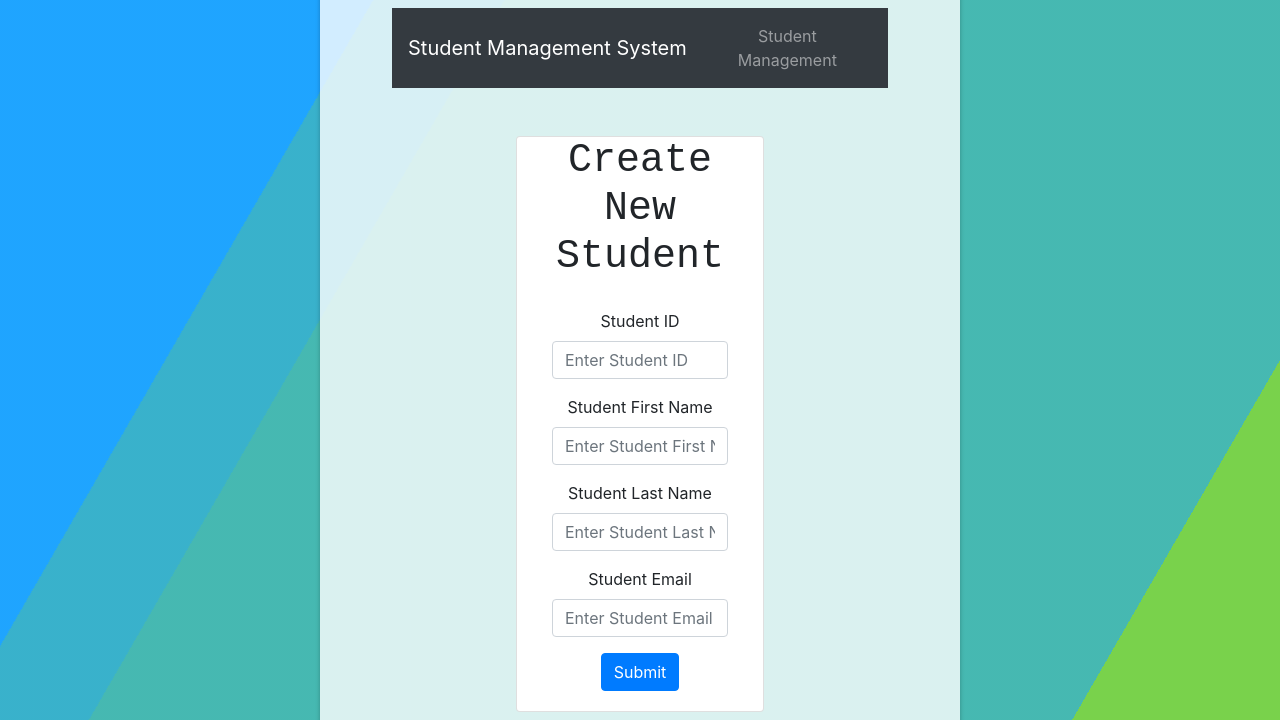
Repository: Luckysenapati/student-management-system
Page: http://localhost/create_student
The author's editor kept a copy of each file at every save. The page is drawn from the files as they stood at one save, then again after the next save.
The browser window is 1280 px wide. The pictures show the whole page.
The page is this project's Thymeleaf template; nobody is signed in. The template is opened directly, without the code that normally fills it, so the values that code supplies are empty.

Above is the page before, as saved 2024-12-22 15:41:13.

After the next save:
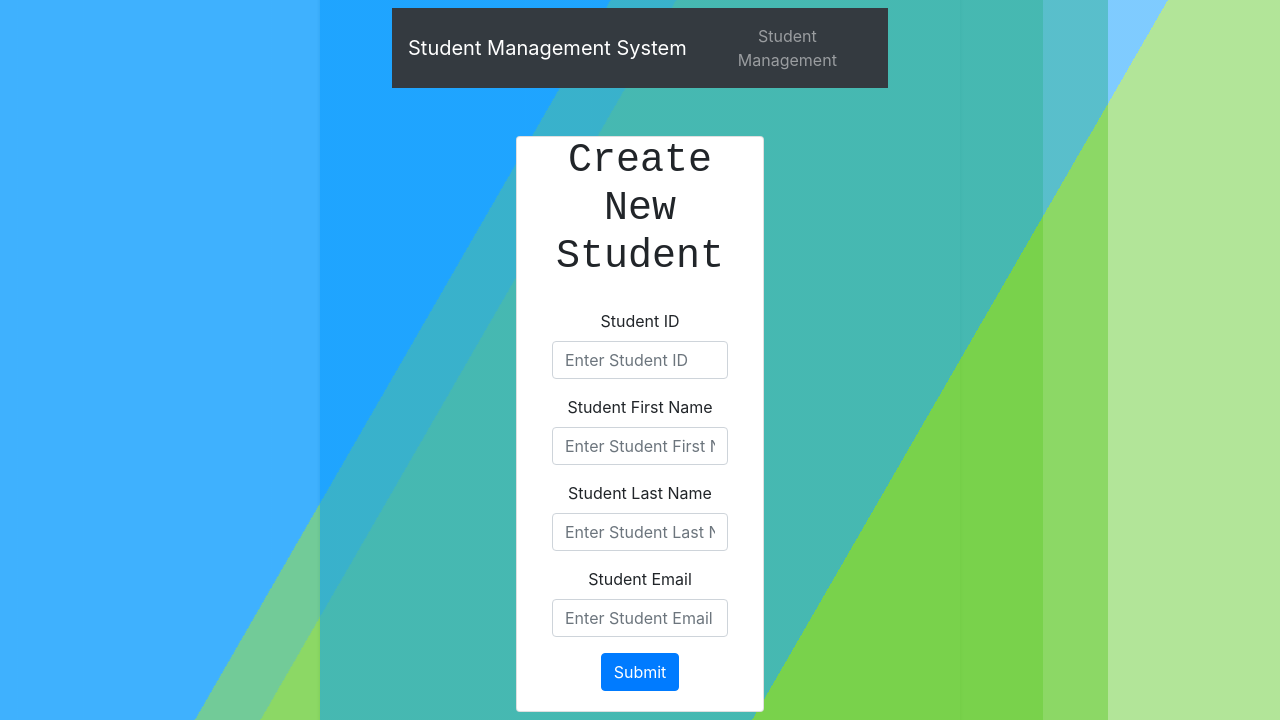
Saved 92 s later.
--- a/springboot project Gr11/student-management-system/src/main/resources/templates/create_student.html
+++ b/springboot project Gr11/student-management-system/src/main/resources/templates/create_student.html
@@ -65,11 +65,11 @@
 	</style>
 </head>
 <body>
-
+<div class="content">
 	<div class="bg"></div>
 	<div class="bg bg2"></div>
 	<div class="bg bg3"></div>
-	<div class="content">
+
 
 
 <nav class="navbar navbar-expand-md bg-dark navbar-dark">
